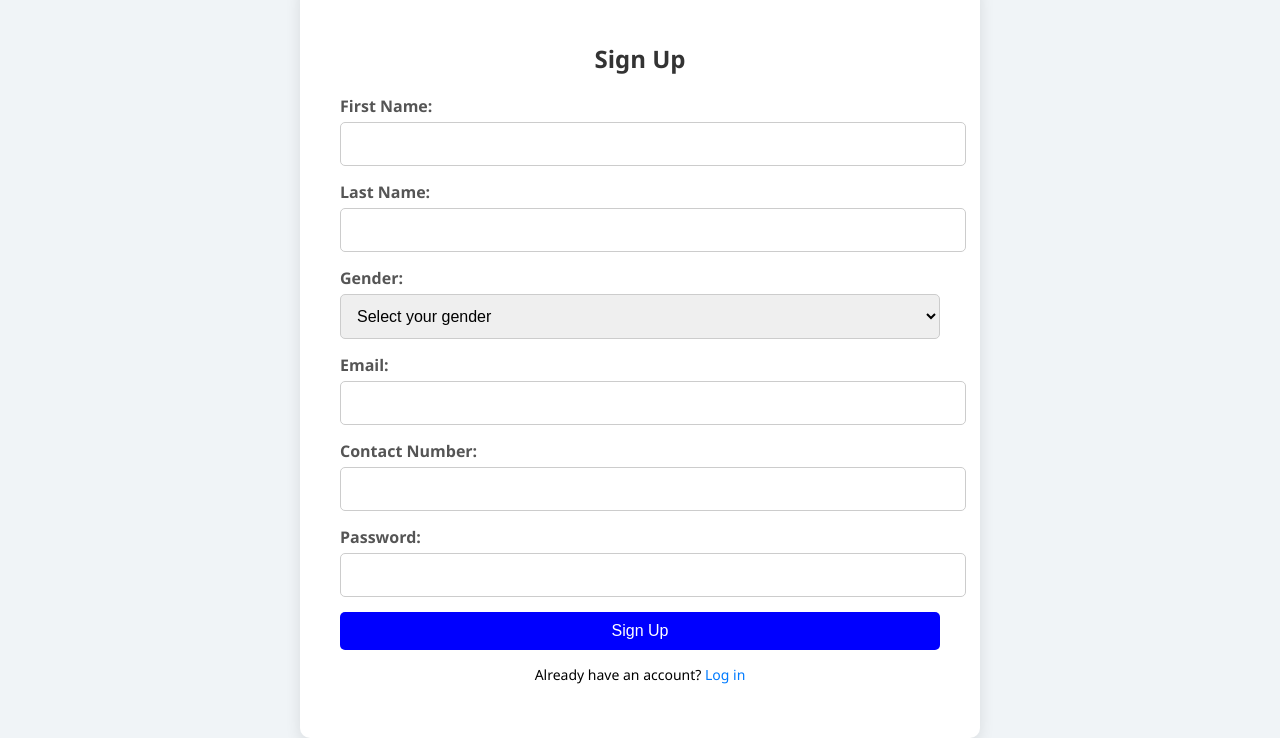
Repository: Shashin99/Java_Simple_Crud
Page: http://localhost/Online_Grocery_System/Register.jsp
These files come from the project's save history. The page is drawn as it stood at one moment and after a run of saves; the edit follows.
The browser window is 1280 px wide. The pictures show the whole page.
The page is served by Tomcat 9.

Above is the page before, as saved 2024-10-13 07:38:36.

After the next 2 saves:
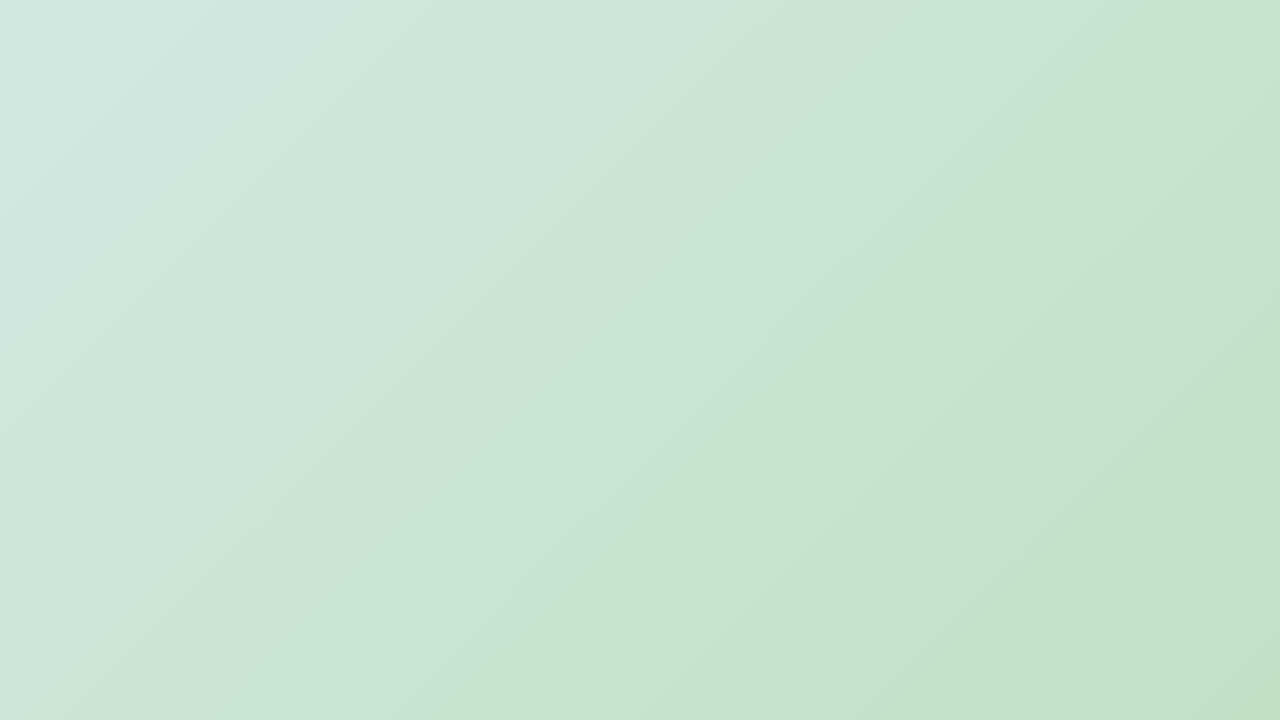
The 2 saves are shown as one change because 1 did not build or start.
The last was saved 105 min 16 s later.
--- a/Online Grocery System/src/main/webapp/Register.jsp
+++ b/Online Grocery System/src/main/webapp/Register.jsp
@@ -7,8 +7,8 @@
     <title>Sign Up</title>
     <style>
         body {
-            font-family: 'Segoe UI', Tahoma, Geneva, Verdana, sans-serif;
-            background-color: #f0f4f7;
+            font-family: 'Arial', sans-serif;
+            background: linear-gradient(135deg, #d1e8e2, #c1e1c5);
             margin: 0;
             padding: 0;
             display: flex;
@@ -19,61 +19,71 @@
 
         .container {
             background-color: #fff;
-            padding: 40px;
-            border-radius: 10px;
-            box-shadow: 0 5px 15px rgba(0, 0, 0, 0.1);
+            padding: 30px 40px;
+            border-radius: 12px;
+            box-shadow: 0 10px 20px rgba(0, 0, 0, 0.1);
+            max-width: 500px;
             width: 100%;
-            max-width: 600px;
+            position: relative;
         }
 
         h2 {
             text-align: center;
+            color: #444;
+            font-size: 28px;
             margin-bottom: 20px;
-            color: #333;
         }
 
         .form-group {
-            margin-bottom: 15px;
+            margin-bottom: 20px;
         }
 
         label {
             display: block;
             margin-bottom: 5px;
             font-weight: bold;
-            color: #555;
+            color: #666;
         }
 
         input, select {
             width: 100%;
             padding: 12px;
             border: 1px solid #ccc;
-            border-radius: 5px;
+            border-radius: 8px;
             font-size: 16px;
+            transition: all 0.3s ease;
+        }
+
+        input:focus, select:focus {
+            border-color: #76b4bd;
+            box-shadow: 0 0 5px rgba(118, 180, 189, 0.5);
         }
 
         button {
-            background-color: blue;
+            background-color: #28a745;
             color: white;
-            padding: 10px;
+            padding: 12px;
             border: none;
-            border-radius: 5px;
-            font-size: 16px;
+            border-radius: 8px;
+            font-size: 18px;
             cursor: pointer;
             width: 100%;
+            transition: background-color 0.3s;
         }
 
         button:hover {
-            background-color: darkblue;
+            background-color: #218838;
         }
 
         .login-link {
             text-align: center;
             margin-top: 15px;
             font-size: 14px;
+            color: #555;
         }
 
         .login-link a {
-            color: #007bff;
+            color: #28a745;
             text-decoration: none;
         }
 
@@ -85,23 +95,12 @@
             color: red;
             text-align: center;
             margin-top: 10px;
+            font-size: 14px;
         }
-    </style>
-<script>
-        // Function to display success or error alerts
-        function showAlert() {
-            var message = "<%= request.getAttribute("alertMessage") != null ? request.getAttribute("alertMessage") : "" %>";
-            if (message.length > 0) {
-                alert(message);
-            }
-        }
-        // Call the function when the page loads
-        window.onload = showAlert;
-    </script>
 </head>
-<body onload="showAlert()">
+<body>
     <div class="container">
-        <h2>Sign Up</h2>
+        <h2>Create Your Account</h2>
         <form action="InsertUserServlet" method="post">
             <div class="form-group">
                 <label for="firstName">First Name:</label>
@@ -135,7 +134,7 @@
             <button type="submit">Sign Up</button>
         </form>
 
-        <!-- Display error message if there was an error during registration -->
+        <!-- Error message display -->
         <%
             String errorMessage = (String) request.getAttribute("errorMessage");
             if (errorMessage != null) {
@@ -145,7 +144,6 @@
             }
         %>
 
-        <!-- Link to login page if the user already has an account -->
         <div class="login-link">
             <p>Already have an account? <a href="Login.jsp">Log in</a></p>
         </div>
